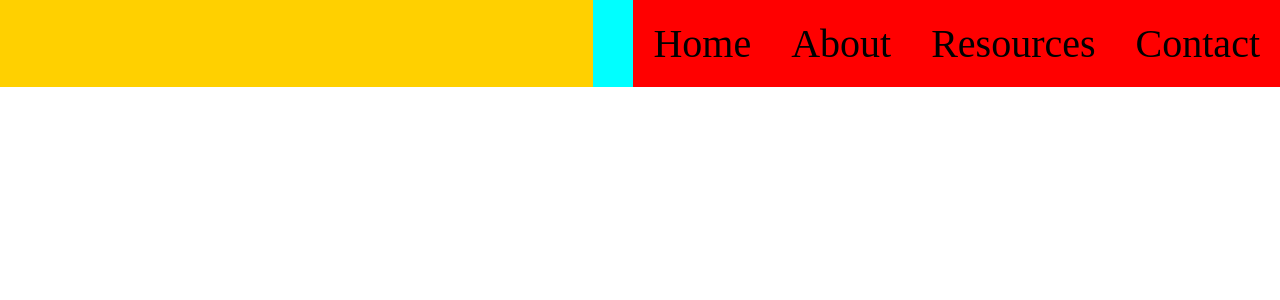
Repository: rdass1/COM421-FinalProject
Page: Website/index.html
These files come from the project's save history. The page is drawn as it stood at one moment and after a run of saves; the edit follows.
The browser window is 1280 px wide. The pictures show the whole page.

Above is the page before, as saved 2021-05-11 22:47:16.

### Website/index.html
<!DOCTYPE html>
<html>
    <head>
        <meta charset="UTF-8">
        <meta name="description" content="Take It To the Streets is a non-profit organization that helps people find information on how to fight their tickets. ">
        <meta name="author" content="Group 2">
        <meta name="viewport" content="width=device-width, initial-scale=1.0">
        <link rel="stylesheet" type="text/css" href="css/index.css">
        <title>Take It To The Streets</title>
    </head>
    <body>
        <header>
            <div id = "navbar">
                <nav>
                    <ul>
                        <li>Home</li>
                        <li>About</li>
                        <li>Resources</li>
                        <li>Contact</li>
                    </ul>

                </nav>
            </div>
        </header>

    </body>
</html>

### Website/css/index.css
body{
    margin:0px;
}

header{
    background-color: rgb(255, 208, 0);
    width: 100%;
    height: 6%;
    display: flex;
    justify-content: flex-end;
    margin: 0px;
    padding: 0px;

}

#navbar nav{



}

#navbar ul{
    margin: 0px;
    background-color:aqua;
    overflow: hidden;
    list-style: none;
}

#navbar li{
    margin: 0px;
    padding: 20px 20px 20px 20px;
    font-size: 2.5rem;
    background-color:red;
    float:left;
}

After the next 4 saves:
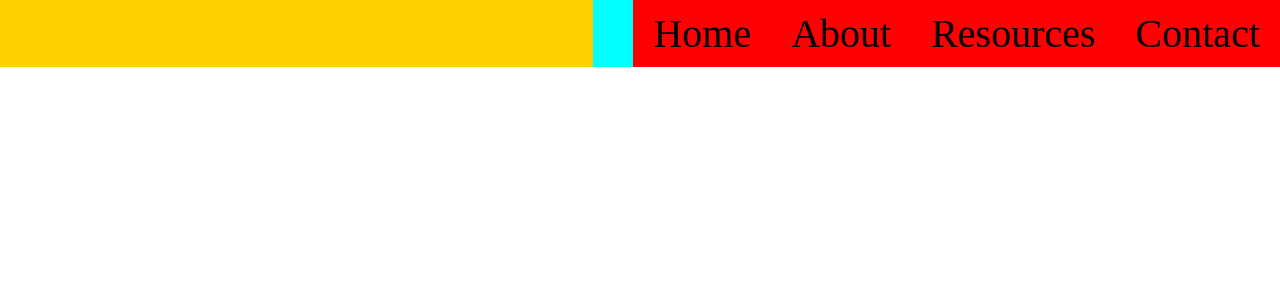
The 4 saves are shown as one change because they came seconds apart.
The last was saved 20 s later.
--- a/Website/css/index.css
+++ b/Website/css/index.css
@@ -28,7 +28,7 @@ header{
 
 #navbar li{
     margin: 0px;
-    padding: 20px 20px 20px 20px;
+    padding: 10px 20px 10px 20px;
     font-size: 2.5rem;
     background-color:red;
     float:left;
